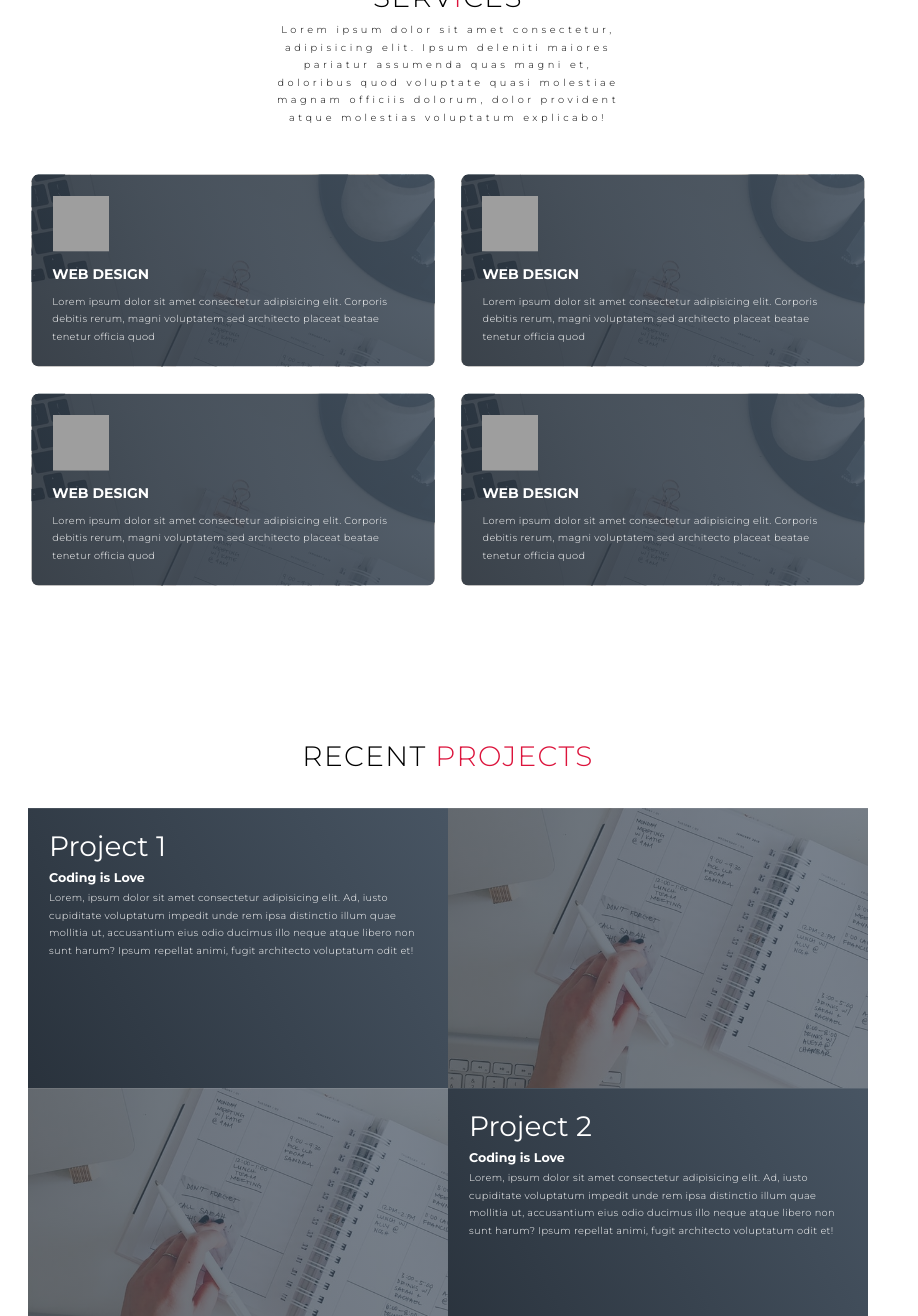
Repository: randysteele/my-portfolio-2023
Page: index.html
An editor plug-in stored every save of this project. The page is shown before and after the next save, followed by the edit.
The browser window is 1280 px wide. The page is 1311 px wide, so the pictures cover 1311 px, including what lies to the right of the window. The pictures show the part of the page from y = 848 to 2728 px (the page is 5805 px tall before and 5856 px after), at 70% of full size.
Pictures or frames that could not be fetched are drawn as grey boxes.

Above is the page before, as saved 2023-04-24 19:38:31.

After the next save:
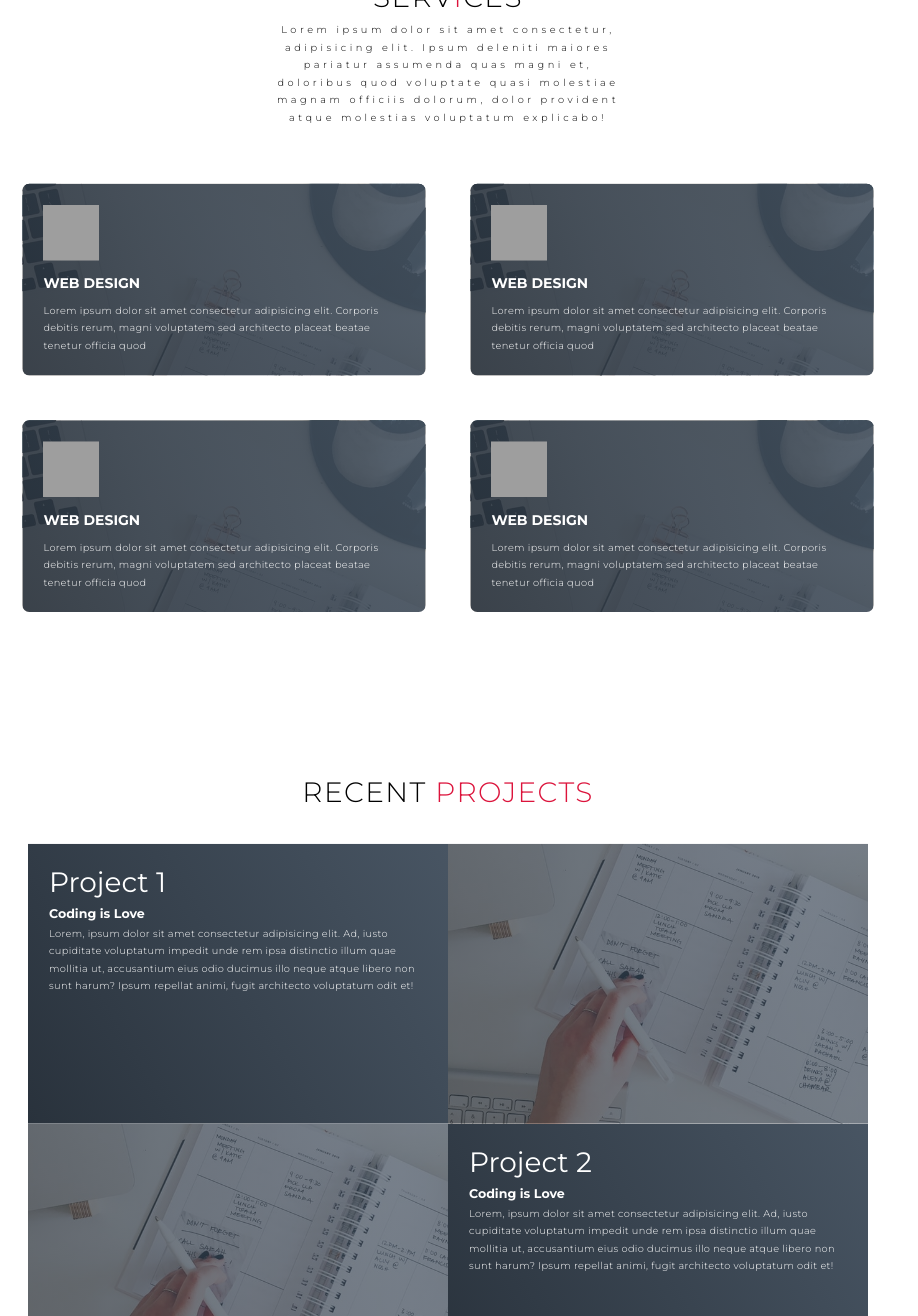
Saved 25 s later.
--- a/style.css
+++ b/style.css
@@ -675,7 +675,7 @@ margin-bottom: 50px;
 /* Service Section */
 #services .service-bottom .service-item{
     flex-basis: 45%;
-    margin: 1.5%;
+    margin: 2.5%;
 }
 /* End Service Section */
 
